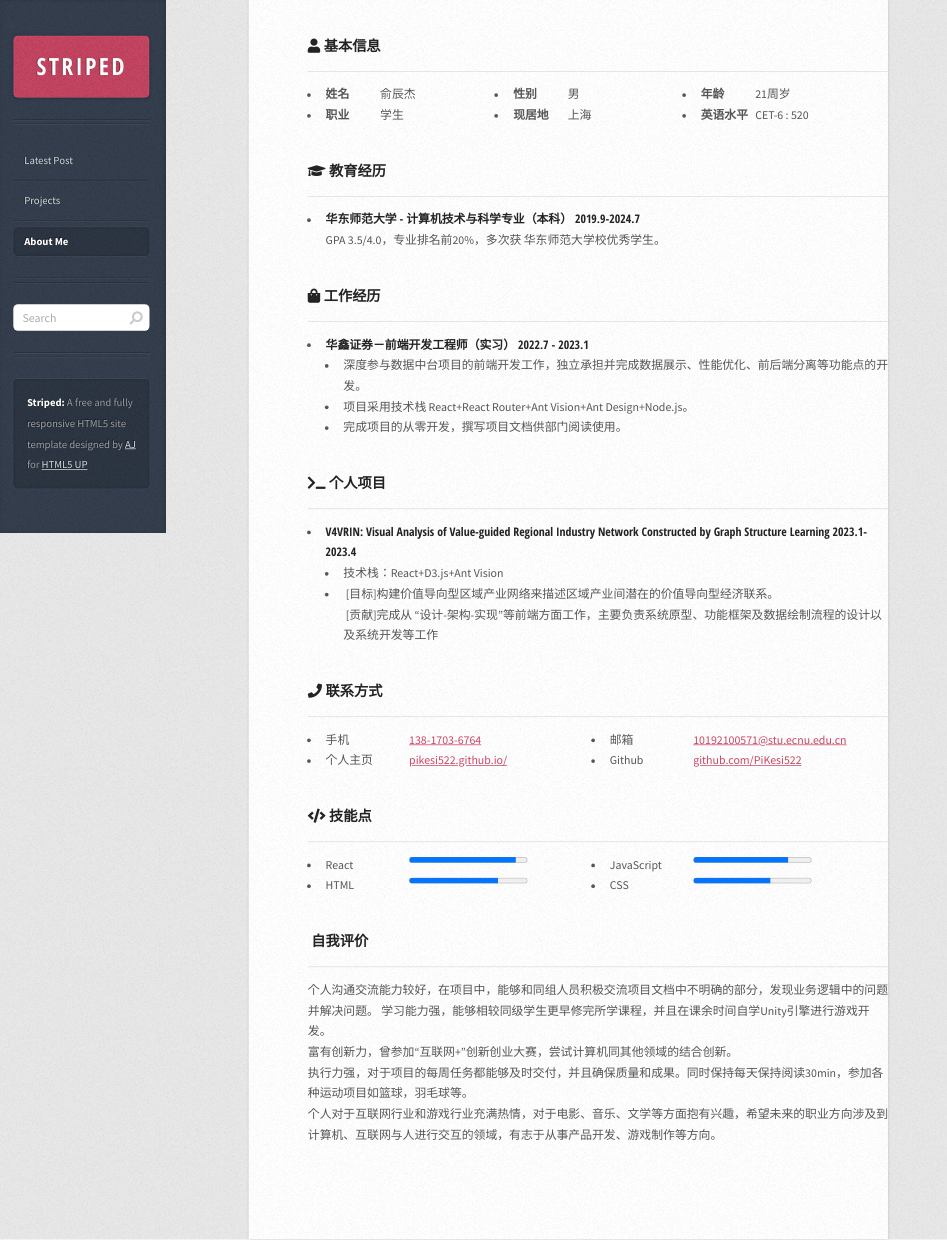
Repository: PiKesi522/PiKesi522.github.io
Page: about.html
An editor plug-in stored every save of this project. The page is shown before and after a run of saves, followed by the edit.
The browser window is 1280 px wide. The pictures show the whole page, at 74% of full size.

Above is the page before, as saved 2023-04-10 19:27:20.

### about.html
<!DOCTYPE HTML>
<!--
	Striped by HTML5 UP
	html5up.net | @ajlkn
	Free for personal and commercial use under the CCA 3.0 license (html5up.net/license)
-->
<html>

<head>
    <title>Striped by HTML5 UP</title>
    <meta charset="utf-8" />
    <meta name="viewport" content="width=device-width, initial-scale=1, user-scalable=no" />
    <link rel="stylesheet" href="assets/css/main.css" />
</head>

<body class="is-preload">

    <!-- Content -->
    <div id="content">
        <div class="inner">

            <article class="container">
                <section class="side" id="side">
                    <!-- 个人肖像 -->
                    <!-- <section class="me"> -->

                    <!-- <h6 class="name" style="font-size: 30px;">PiKesi</h6> -->
                    <!-- <section class="portrait"> -->
                    <!-- 头像照片 -->
                    <!-- <img class="avatar" src="assets/images/avatar.jpg" style="padding-top: 1vh; width: 300px;" onload="loading()"> -->
                    <!-- </section> -->

                    <!-- </section> -->

                    <!-- 基本信息 -->
                    <section class="profile info-unit">
                        <h2>
                            <i class="fa fa-user" aria-hidden="true"></i> 基本信息
                        </h2>
                        <hr />
                        <ul style="display: grid;grid-template-columns:repeat(3, 33%);">
                            <li>
                                <div>
                                    <label style="font-weight: 600;">姓名</label>
                                    <span>俞辰杰</span>
                                </div>
                            </li>
                            <li>
                                <div>
                                    <label style="font-weight: 600;">性别</label>
                                    <span>男</span>
                                </div>
                            </li>
                            <li>
                                <div>
                                    <label style="font-weight: 600;">年龄</label>
                                    <span>21周岁</span>
                                </div>
                            </li>
                            <li>
                                <div>
                                    <label style="font-weight: 600;">职业</label>
                                    <span>学生</span>
                                </div>
                            </li>
                            <li>
                                <div>
                                    <label style="font-weight: 600;">现居地</label>
                                    <span>上海</span>
                                </div>
                            </li>
                            <li>
                                <div>
                                    <label style="font-weight: 600;">英语水平</label>
                                    <span>CET-6 : 520</span>
                                </div>
                            </li>
                            <!-- <li>
                                        <label>计算机水平</label>
                                        <span>软考中级</span>
                                    </li> -->
                        </ul>
                    </section>


                    <!--
                    <section class="qrcode info-unit">
                        <h2><i class="fa fa-qrcode" aria-hidden="true"></i>二维码</h2>
                        <hr />
                        <img src="https://github.com/if2er/FeZaoDuKe-Collection/blob/master/ifeees.jpg?raw=true"
                            style="width: 100%;" alt="">
                    </section> -->

                    <!-- 技术栈 -->
                    <!-- <div class="stack info-unit">
                                    <h2><i class="fa fa-code" aria-hidden="true"></i>其他</h2>
                                    <hr/>
                                    <ul>
                                        <li>
                                            <label>前端</label>
                                            <span>React、jQuery、微信小程序、Bootstrap、SASS、LESS</span>
                                        </li>
                                        <li>
                                            <label>后端</label>
                                            <span>Node.js、MySQL、MongoDB、WordPress、ThinkPHP</span>
                                        </li>
                                        <li>
                                            <label>其他</label>
                                            <span>Git、SVN、Markdown</span>
                                        </li>
                                    </ul>
                                </div> -->
                </section>

                <section class="main">

                    <!-- 教育经历 -->
                    <section class="edu info-unit">
                        <h2>
                            <i class="fa fa-graduation-cap" aria-hidden="true"></i> 教育经历
                        </h2>
                        <hr />
                        <ul>
                            <!-- <li>
                                <h3>
                                    <span>华东师范大学 - 计算机技术与科学专业</span>
                                    <time>2019.9-2024.7</time>
                                </h3>
                                <p>GPA
                                    <mark>3.5/4.0</mark>，期间发表国际会议英文摘要X篇，国内核心期刊文章X篇（其中第一作者X篇），获XXX，XXX2次，XXX2次。(此处根据自身情况填写，可以突出自己的亮点，或者跟求职目标相关的内容)
                                </p>
                            </li> -->
                            <li>
                                <h3>
                                    <span>华东师范大学 - 计算机技术与科学专业（本科）</span>
                                    <time>2019.9-2024.7</time>
                                </h3>
                                <p>GPA
                                    <mark>3.5/4.0</mark>，专业排名前20%，多次获 华东师范大学校优秀学生。
                                </p>
                            </li>
                        </ul>
                    </section>

                    <!-- 工作经历 -->
                    <section class="work info-unit">
                        <h2>
                            <i class="fa fa-shopping-bag" aria-hidden="true"></i> 工作经历
                        </h2>
                        <hr />
                        <ul>
                            <li>
                                <h3>
                                    <span>华鑫证券－前端开发工程师（实习）</span>
                                    <time>2022.7 - 2023.1</time>
                                </h3>
                                <ul class="info-content">
                                    <li>深度参与数据中台项目的前端开发工作，独立承担并完成数据展示、性能优化、前后端分离等功能点的开发。
                                    </li>
                                    <li>
                                        项目采用技术栈
                                        <mark>React+React Router+Ant Vision+Ant Design+Node.js</mark>。
                                    </li>
                                    <li>完成项目的从零开发，撰写项目文档供部门阅读使用。
                                    </li>
                                </ul>
                            </li>
                            <!-- <li>
                                <h3>
                                    <span>[经历2]XX－前端开发工程师（实习）</span>
                                    <time>20XX.10 - 20XX.7</time>
                                </h3>
                                <ul class="info-content">
                                    <li>深度参与公司主线产品「XXXX」的前端开发工作，完成帖子快捷回复、
                                        <mark>全站图片懒加载</mark>、活动banner、帖子管理（使用Yii框架）等功能。项目采用技术栈phpWind+NAMP。
                                        <a href="http://itsay.tech/162/" target="_blank">
                                            <i class="fa fa-link" aria-hidden="true"></i>博客文章</a>。
                                    </li>
                                    <li>主要参与公司产品「XXXX」的前端开发工作，实现接入微博、微信、QQ等
                                        <mark>第三方账号登录</mark>等功能。项目采用技术栈WordPress+NAMP。
                                    </li>
                                    <li>活动页面的开发（七夕活动、抽奖活动以及承接外包页面）。</li>
                                    <li>论坛
                                        <mark>图片增量备份</mark>（CentOS+vsftpd+crontab）
                                        <a href="#" target="_blank">
                                            <i class="fa fa-link" aria-hidden="true"></i>博客文章</a>。
                                    </li>
                                </ul>
                            </li> -->
                        </ul>
                    </section>

                    <!-- 项目经验 -->
                    <section class="project info-unit">
                        <h2>
                            <i class="fa fa-terminal" aria-hidden="true"></i> 个人项目
                        </h2>
                        <hr />
                        <ul>
                            <li>
                                <h3>
                                    <span>V4VRIN: Visual Analysis of Value-guided Regional Industry Network Constructed
                                        by Graph Structure Learning</span>
                                    <span class="link">
                                        <!-- <a href="#" target="_blank">Demo</a> -->
                                    </span>
                                    <time>2023.1-2023.4</time>
                                </h3>
                                <ul class="info-content">
                                    <li>技术栈：React+D3.js+Ant Vision</li>
                                    <li>
                                        <i class="fa fa-paper-plane-o" aria-hidden="true"></i>
                                        [目标]构建价值导向型区域产业网络来描述区域产业间潜在的价值导向型经济联系。
                                        <br />
                                        <!-- <i class="fa fa-users" aria-hidden="true"></i>
                                        [团队]同 2 位同专业同学一起
                                        <br /> -->
                                        <i class="fa fa-paper-plane-o" aria-hidden="true"></i>
                                        [贡献]完成从
                                        <mark>“设计-架构-实现”</mark>等前端方面工作，主要负责系统原型、功能框架及数据绘制流程的设计以及系统开发等工作
                                        <br />
                                        <!-- <i class="fa fa-thumbs-o-up" aria-hidden="true"></i>
                                        [效果]作品最终取得第三届共享杯国家级竞赛“一等奖” （2/2000） -->
                                    </li>
                                </ul>
                            </li>
                            <!-- <li>
                                <h3>
                                    <span>[项目2]肿瘤流行病数据可视化</span>
                                    <span class="link">
                                        <a href="#" target="_blank">Demo</a>
                                    </span>
                                    <time>201X.X-201X.X</time>
                                </h3>
                                <ul class="info-content">
                                    <li>技术栈：HTML 5+D3.js+ECharts+MySQL</li>
                                    <li>
                                        <i class="fa fa-paper-plane-o" aria-hidden="true"></i>
                                        [目标]实现常见肿瘤流行病数据多维度可视化展示、数据透视及分析
                                        <br />
                                        <i class="fa fa-users" aria-hidden="true"></i>
                                        [团队]与 1 位同学
                                        <br />
                                        <i class="fa fa-bars" aria-hidden="true"></i>
                                        [贡献]分析项目需求，清洗并整理相关数据(扩展第三方知识组织系统和 Google trends 数据)，并用
                                        <mark>D3.js</mark> 和
                                        <mark>ECharts</mark> 进行图形化展示以及实现简易自动分析 功能
                                        <br />
                                        <i class="fa fa-thumbs-o-up" aria-hidden="true"></i>
                                        [效果]作品取得第二届共享杯国家级竞赛“特等奖”(1/1500)
                                    </li>
                                </ul>
                            </li>
                            <li>
                                <h3>
                                    <span>[项目3]肿瘤流行病数据可视化</span>
                                    <span class="link">
                                        <a href="#" target="_blank">Demo</a>
                                    </span>
                                    <time>201X.X-201X.X</time>
                                </h3>
                                <ul class="info-content">
                                    <li>技术栈：HTML 5+D3.js+ECharts+MySQL</li>
                                    <li>
                                        <i class="fa fa-paper-plane-o" aria-hidden="true"></i>
                                        [目标]实现常见肿瘤流行病数据多维度可视化展示、数据透视及分析
                                        <br />
                                        <i class="fa fa-users" aria-hidden="true"></i>
                                        [团队]与 1 位同学
                                        <br />
                                        <i class="fa fa-bars" aria-hidden="true"></i>
                                        [贡献]分析项目需求，清洗并整理相关数据(扩展第三方知识组织系统和 Google trends 数据)，并用
                                        <mark>D3.js</mark> 和
                                        <mark>ECharts</mark> 进行图形化展示以及实现简易自动分析功能
                                        <br />
                                        <i class="fa fa-thumbs-o-up" aria-hidden="true"></i>
                                        [效果]作品取得第二届共享杯国家级竞赛“特等奖”(1/1500)
                                    </li>
                                </ul>
                            </li>
                            <li>
                                <h3>
                                    <span>[项目4]肿瘤流行病数据可视化</span>
                                    <span class="link">
                                        <a href="#" target="_blank">Demo</a>
                                    </span>
                                    <time>201X.X-201X.X</time>
                                </h3>
                                <ul class="info-content">
                                    <li>技术栈：HTML 5+D3.js+ECharts+MySQL</li>
                                    <li>
                                        <i class="fa fa-paper-plane-o" aria-hidden="true"></i>
                                        [目标]实现常见肿瘤流行病数据多维度可视化展示、数据透视及分析
                                        <br />
                                        <i class="fa fa-users" aria-hidden="true"></i>
                                        [团队]与 1 位
                                        <br />
                                        <i class="fa fa-bars" aria-hidden="true"></i>
                                        [贡献]分析项目需求，清洗并整理相关数据(扩展第三方知识组织系统和 Google trends 数据)，并用
                                        <mark>D3.js</mark> 和
                                        <mark>ECharts</mark> 进行图形化展示以及实现简易自动分析 功能
                                        <br />
                                        <i class="fa fa-thumbs-o-up" aria-hidden="true"></i>
                                        [效果]作品取得第二届共享杯国家级竞赛“特等奖”(1/1500)
                                    </li>
                                </ul>
                            </li> -->

                        </ul>
                    </section>

                    <!-- 联系方式 -->
                    <section class="contact info-unit">
                        <h2>
                            <i class="fa fa-phone" aria-hidden="true"></i> 联系方式
                        </h2>
                        <hr />
                        <ul style="display: grid; grid-template-columns:repeat(2, 50%);">
                            <li>
                                <div>
                                    <label>手机</label>
                                    <a href="#" target="_blank">138-1703-6764</a>
                                </div>
                            </li>
                            <li>
                                <div>
                                    <label>邮箱</label>
                                    <a href="mailto:10192100571@stu.ecnu.edu.cn"
                                        target="_blank">10192100571@stu.ecnu.edu.cn</a>
                                </div>
                            </li>
                            <li>
                                <div>
                                    <label>个人主页</label>
                                    <a href="https://pikesi522.github.io/" target="_blank">pikesi522.github.io/</a>
                                </div>
                            </li>
                            <li>
                                <div>
                                    <label>Github</label>
                                    <a href="https://github.com/PiKesi522" target="_blank">github.com/PiKesi522</a>
                                </div>
                            </li>
                        </ul>
                    </section>

                    <!-- 技能点 -->
                    <section class="skill info-unit">
                        <h2>
                            <i class="fa fa-code" aria-hidden="true"></i> 技能点
                        </h2>
                        <hr />
                        <ul style="display: grid; grid-template-columns:repeat(2, 50%);">
                            <li>
                                <div style="display: grid; grid-template-columns: 30% 70%;">
                                    <label>React</label>
                                    <div>
                                        <progress value="90" max="100"></progress>
                                    </div>
                                </div>
                            </li>
                            <li>
                                <div style="display: grid; grid-template-columns: 30% 70%;">
                                    <label>JavaScript</label>
                                    <div>
                                        <progress value="80" max="100"></progress>
                                    </div>
                                </div>
                            </li>
                            <li>
                                <div style="display: grid; grid-template-columns: 30% 70%;">
                                    <label>HTML</label>
                                    <div>
                                        <progress value="75" max="100"></progress>
                                    </div>
                                </div>
                            </li>
                            <li>
                                <div style="display: grid; grid-template-columns: 30% 70%;">
                                    <label>CSS</label>
                                    <div>
                                        <progress value="65" max="100"></progress>
                                    </div>
                                </div>
                            </li>
                        </ul>
                    </section>

                    <!-- 自我评价 -->
                    <section class="work info-unit">
                        <h2>
                            <i class="fa fa-pencil" aria-hidden="true"></i> 自我评价
                        </h2>
                        <hr />
                        <p>
                            个人沟通交流能力较好，在项目中，能够和同组人员积极交流项目文档中不明确的部分，发现业务逻辑中的问题并解决问题。
                            </hr>
                            学习能力强，能够相较同级学生更早修完所学课程，并且在课余时间自学Unity引擎进行游戏开发。
                            </br>
                            富有创新力，曾参加“互联网+”创新创业大赛，尝试计算机同其他领域的结合创新。
                            </br>
                            执行力强，对于项目的每周任务都能够及时交付，并且确保质量和成果。同时保持每天保持阅读30min，参加各种运动项目如篮球，羽毛球等。
                            </br>
                            个人对于互联网行业和游戏行业充满热情，对于电影、音乐、文学等方面抱有兴趣，希望未来的职业方向涉及到计算机、互联网与人进行交互的领域，有志于从事产品开发、游戏制作等方向。
                            <!-- <span class="mark-txt">“多静多思考，反省不张扬”</span>是我给自己总结的“十字箴言”，鞭策自己做人既不能以己度人，也不以人观己，要脚踏实地做事，坚持自己的梦想和本心。 -->
                        </p>
                    </section>
                </section>
            </article>

        </div>
    </div>

    <!-- Sidebar -->
    <div id="sidebar">

        <!-- Logo -->
        <h1 id="logo"><a href="#">STRIPED</a></h1>

        <!-- Nav -->
        <nav id="nav">
            <ul>
                <li><a href="index.html">Latest Post</a></li>
                <li><a href="projects.html">Projects</a></li>
                <li class="current"><a href="about.html">About Me</a></li>
                <!-- <li><a href="#">Contact Me</a></li> -->
            </ul>
        </nav>

        <!-- Search -->
        <section class="box search">
            <form method="post" action="#">
                <input type="text" class="text" name="search" placeholder="Search" />
            </form>
        </section>

        <!-- Text -->
        <section class="box text-style1">
            <div class="inner">
                <p>
                    <strong>Striped:</strong> A free and fully responsive HTML5 site
                    template designed by <a href="http://twitter.com/ajlkn">AJ</a> for <a
                        href="http://html5up.net/">HTML5 UP</a>
                </p>
            </div>
        </section>
    </div>

    <!-- Scripts -->
    <script src="assets/js/jquery.min.js"></script>
    <script src="assets/js/browser.min.js"></script>
    <script src="assets/js/breakpoints.min.js"></script>
    <script src="assets/js/util.js"></script>
    <script src="assets/js/main.js"></script>

</body>

</html>

Loaded but not shown: assets/js/jquery.min.js (library); assets/js/browser.min.js (common file); assets/js/breakpoints.min.js (common file); assets/css/fontawesome-all.min.css (library); assets/js/util.js (587 lines, source omitted); assets/css/main.css (3019 lines, source omitted); public/assets/js/main.js (no copy from this time; the picture is the same without it)

After the next 2 saves:
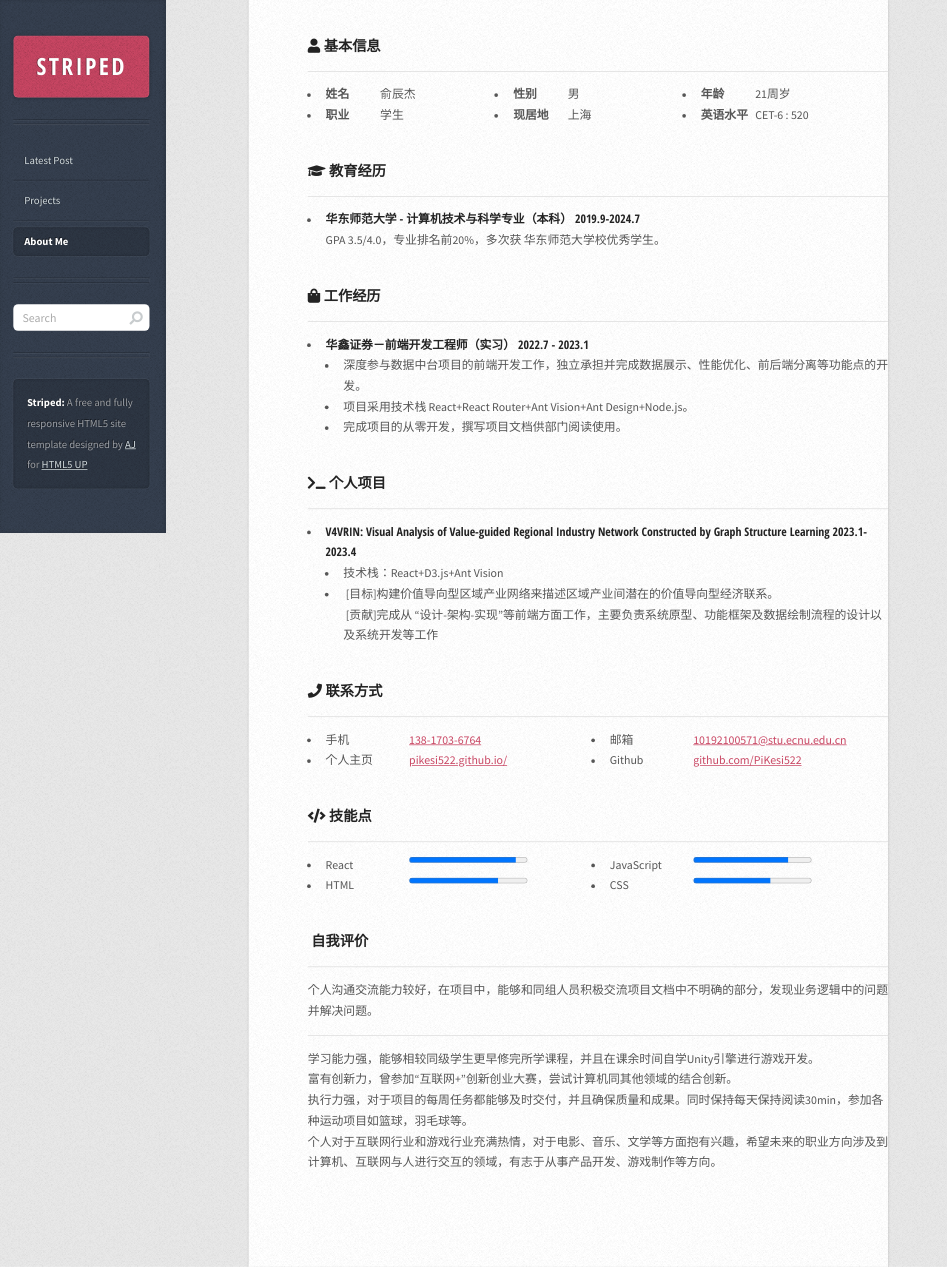
The 2 saves are shown as one change because they came seconds apart.
The last was saved 5 s later.
--- a/about.html
+++ b/about.html
@@ -394,7 +394,7 @@
                         <hr />
                         <p>
                             个人沟通交流能力较好，在项目中，能够和同组人员积极交流项目文档中不明确的部分，发现业务逻辑中的问题并解决问题。
-                            </hr>
+                            <hr/>
                             学习能力强，能够相较同级学生更早修完所学课程，并且在课余时间自学Unity引擎进行游戏开发。
                             </br>
                             富有创新力，曾参加“互联网+”创新创业大赛，尝试计算机同其他领域的结合创新。
